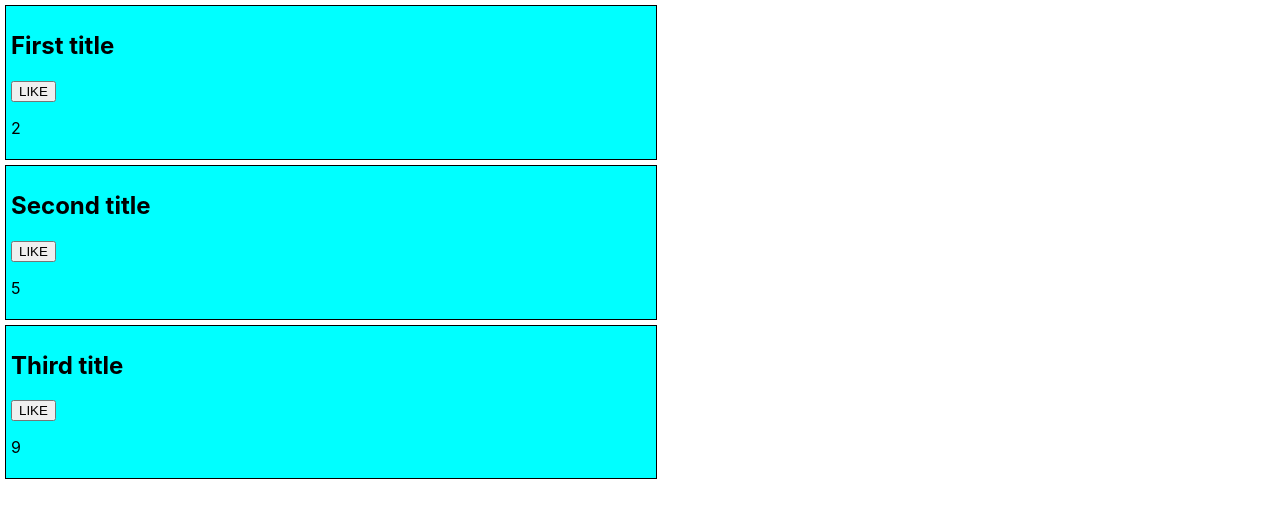
Repository: asapvtec98/egzamin
Page: /
An editor plug-in stored every save of this project. The page is shown before and after the next save, followed by the edit.
The browser window is 1280 px wide. The pictures show the whole page.
The project was rebuilt for these pictures with package versions that can differ from the ones it lists, and the page was loaded fresh each time.

Above is the page before, as saved 2023-11-14 09:39:15.

### src/App.js
import React from "react";
import Komentarz from "./components/Comment";
function App() {
  const comments = [
    {
      title: "First title",
      likes: 2
    },
    {
      title: "Second title",
      likes: 5
    },
    {
      title: "Third title",
      likes: 9
    }
  ]

  const displayComments = comments.map((comment) =>
      <div className="Comment">
        <Komentarz title={comment.title} likes={comment.likes}></Komentarz>
      </div>
  )

  return (
    <div className="App">
        {displayComments}
    </div>
  )
}

export default App;

### src/components/Comment.js
import React, { useState } from "react";
import "./Comment.css";

function Komentarz(props) {
    const [likes, setLike] = useState(false);
    const [count, setCount] = useState(parseInt(props.likes));
    const [show, setShow] = useState(true);

    const handleLikes = () => {
        if(!likes) {
            setLike(true);
            setCount(count + 1);
        } else {
            setLike(false);
            setCount(count - 1);
        }


    };

    return(
        <div className="comment">
            <h2>{props.title}</h2>
            <div className="likes_section">
                <button type="button" onClick={() => {
                    setShow(!show)
                    handleLikes();
                }}>{show === true ? 'LIKE' : 'DISLIKE'}</button>
                <p>{count}</p>
            </div>
        </div>
    )

}
export default Komentarz;

### src/components/Comment.css
.comment {
    border: 1px solid black;
    background-color:aqua;
    width: 50%;
    padding: 5px;
    margin: 5px;
}

.likes_section {
    display: inline-block;
    justify-content: center;
    align-items: center;
}

Loaded but not shown: public/index.html (common file); src/index.js (common file); src/index.css (common file); src/reportWebVitals.js (common file)

After the next save:
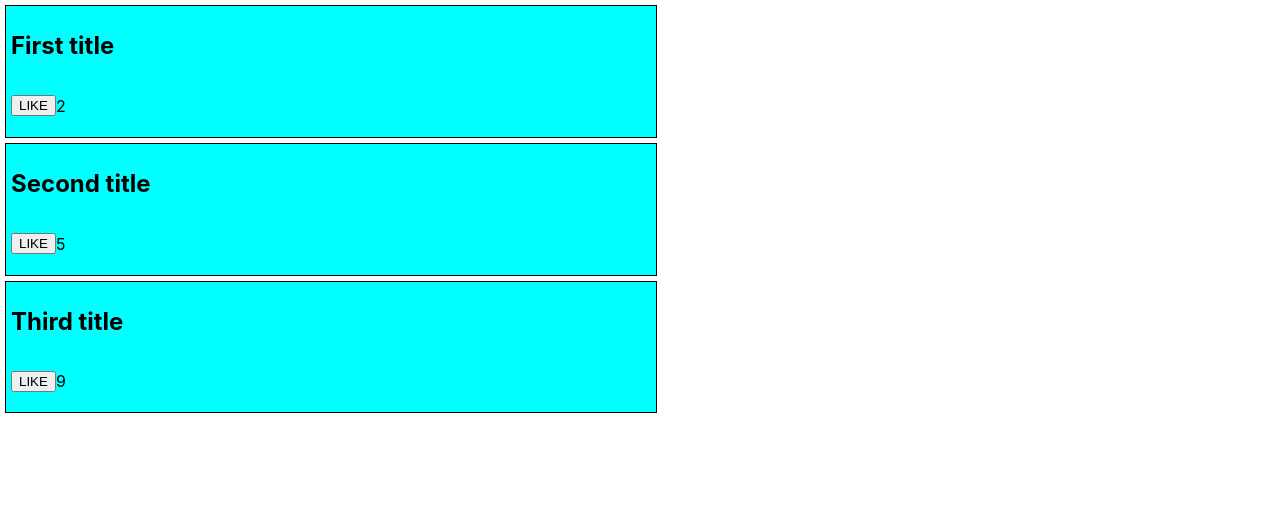
Saved 5 s later.
--- a/src/components/Comment.css
+++ b/src/components/Comment.css
@@ -7,7 +7,7 @@
 }
 
 .likes_section {
-    display: inline-block;
+    display: inline-flex;
     justify-content: center;
     align-items: center;
 }

After the save that followed:
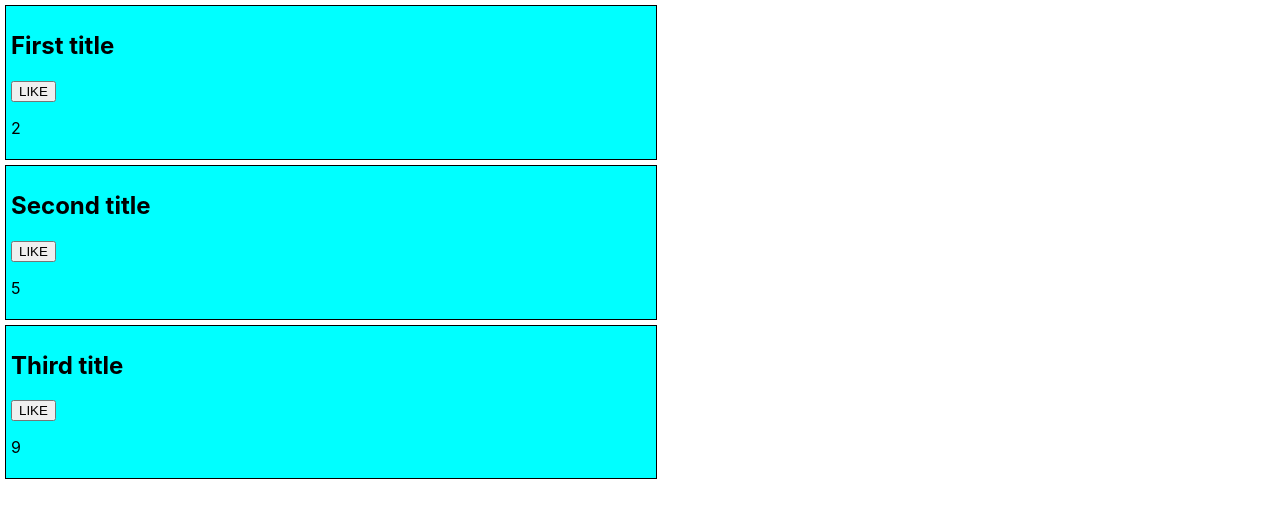
Saved 8 s later.
--- a/src/components/Comment.css
+++ b/src/components/Comment.css
@@ -7,7 +7,7 @@
 }
 
 .likes_section {
-    display: inline-flex;
+    display: inline-flexbox;
     justify-content: center;
     align-items: center;
 }
